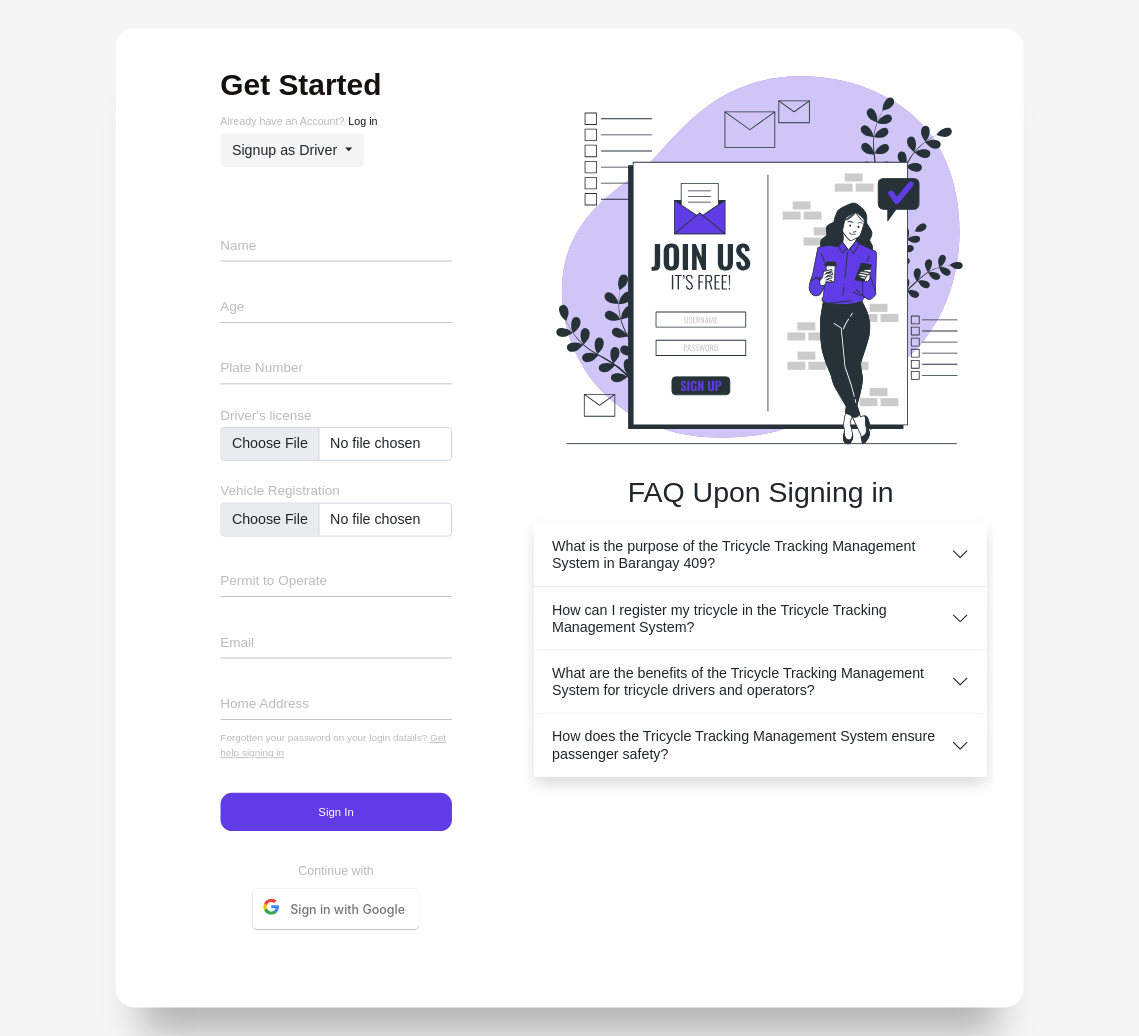
Repository: adrcstro/plate-to-place
Page: http://localhost/Loginsystem/Driverlogin.php
The author's editor kept a copy of each file at every save. The page is drawn from the files as they stood at one save, then again after the next save.
The browser window is 1280 px wide. The pictures show the whole page, at 89% of full size.
Some web fonts or font styles are not loaded; a fallback is used. Some web libraries are served in a nearby version. The page is run by PHP 8.4 with error messages shown; the project is at /var/www/html/.

Above is the page before, as saved 2023-10-31 12:40:01.

After the next save:
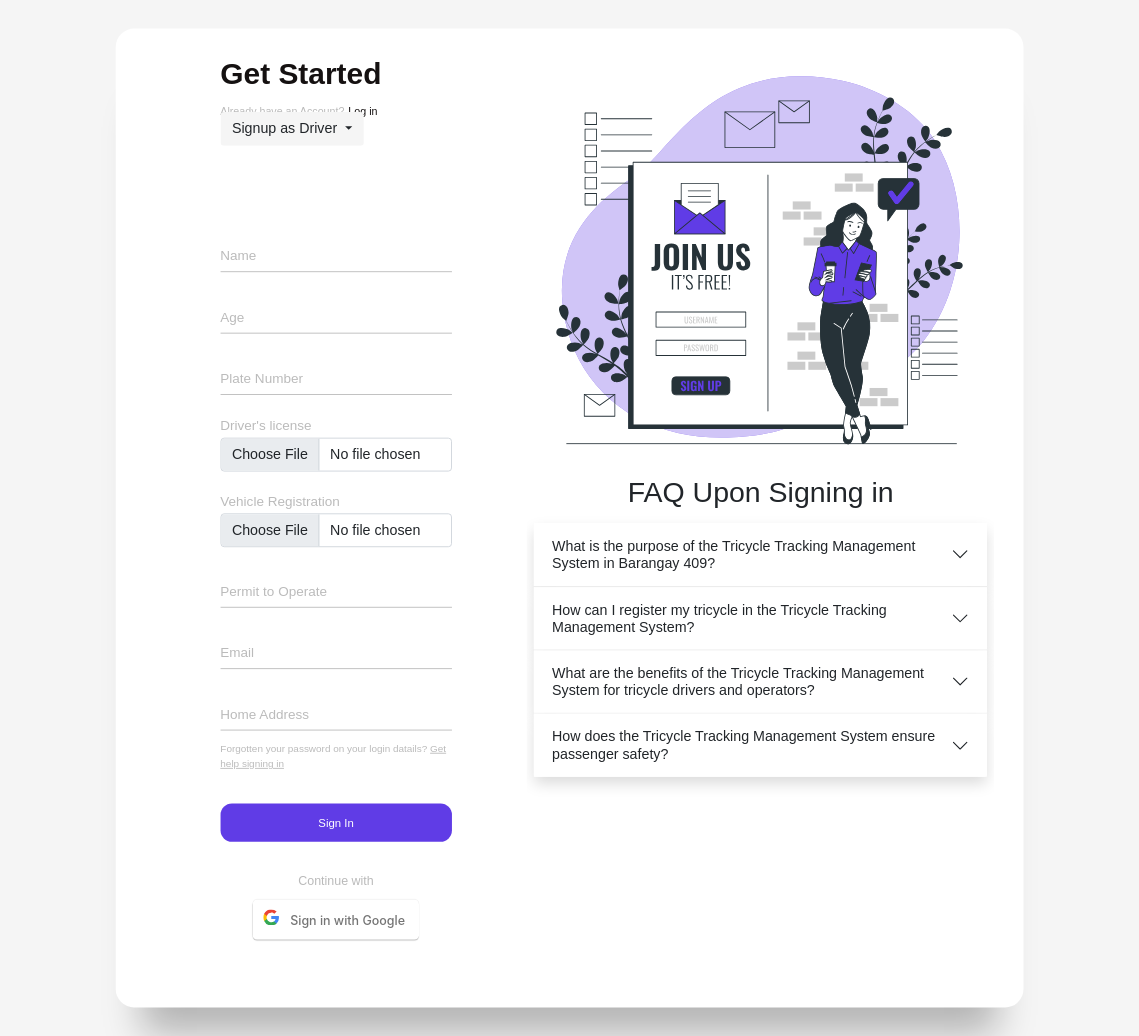
Saved 9 s later.
--- a/Loginsystem/driver.css
+++ b/Loginsystem/driver.css
@@ -407,7 +407,7 @@
   margin-top: -2rem;
 }
 .formsignin{
-  margin-top: 1rem;
+  margin-top: 4rem;
 }
 
 @media (max-width: 850px) {

After the save that followed:
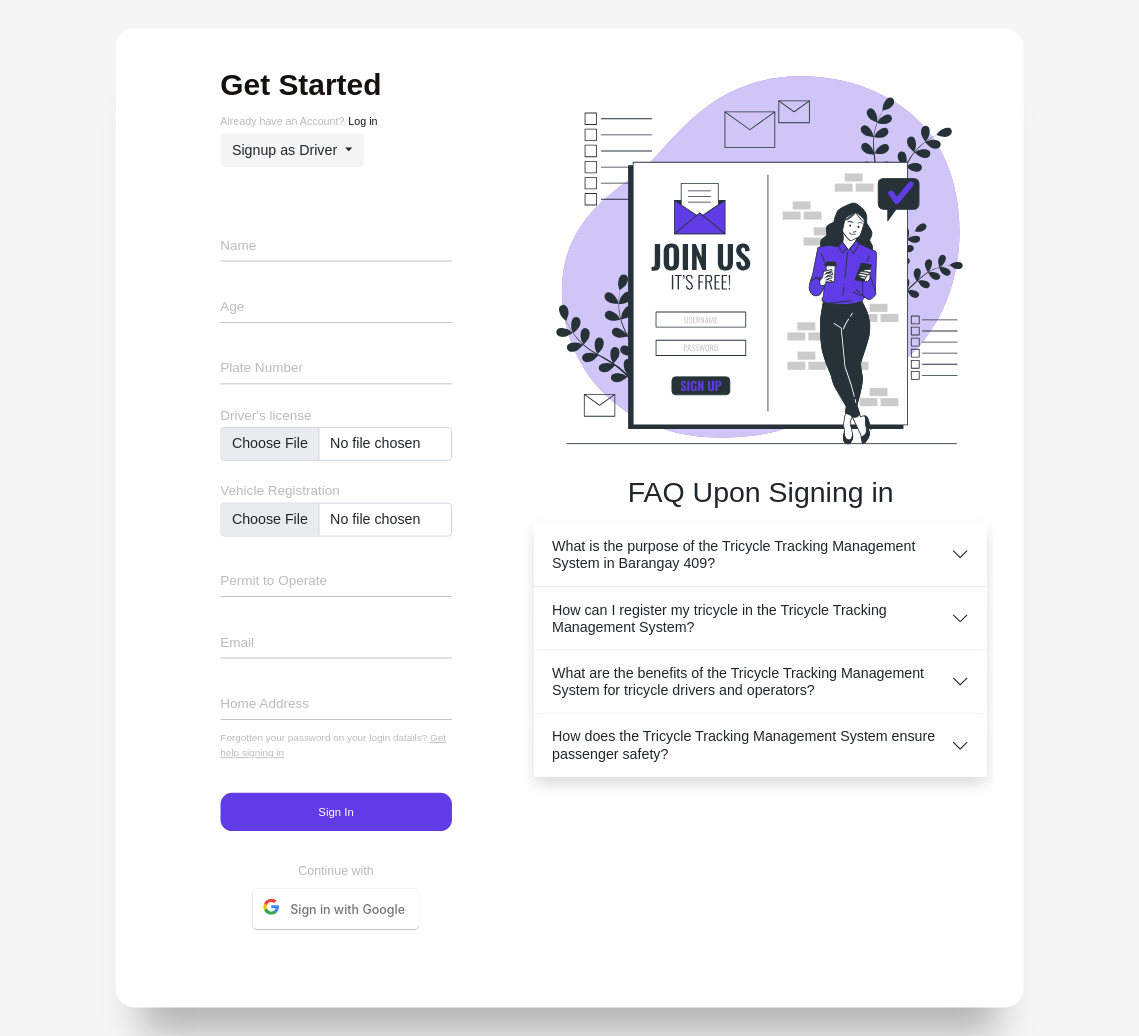
Saved 69 s later.
--- a/Loginsystem/driver.css
+++ b/Loginsystem/driver.css
@@ -407,7 +407,7 @@
   margin-top: -2rem;
 }
 .formsignin{
-  margin-top: 4rem;
+  margin-top: 1rem;
 }
 
 @media (max-width: 850px) {
